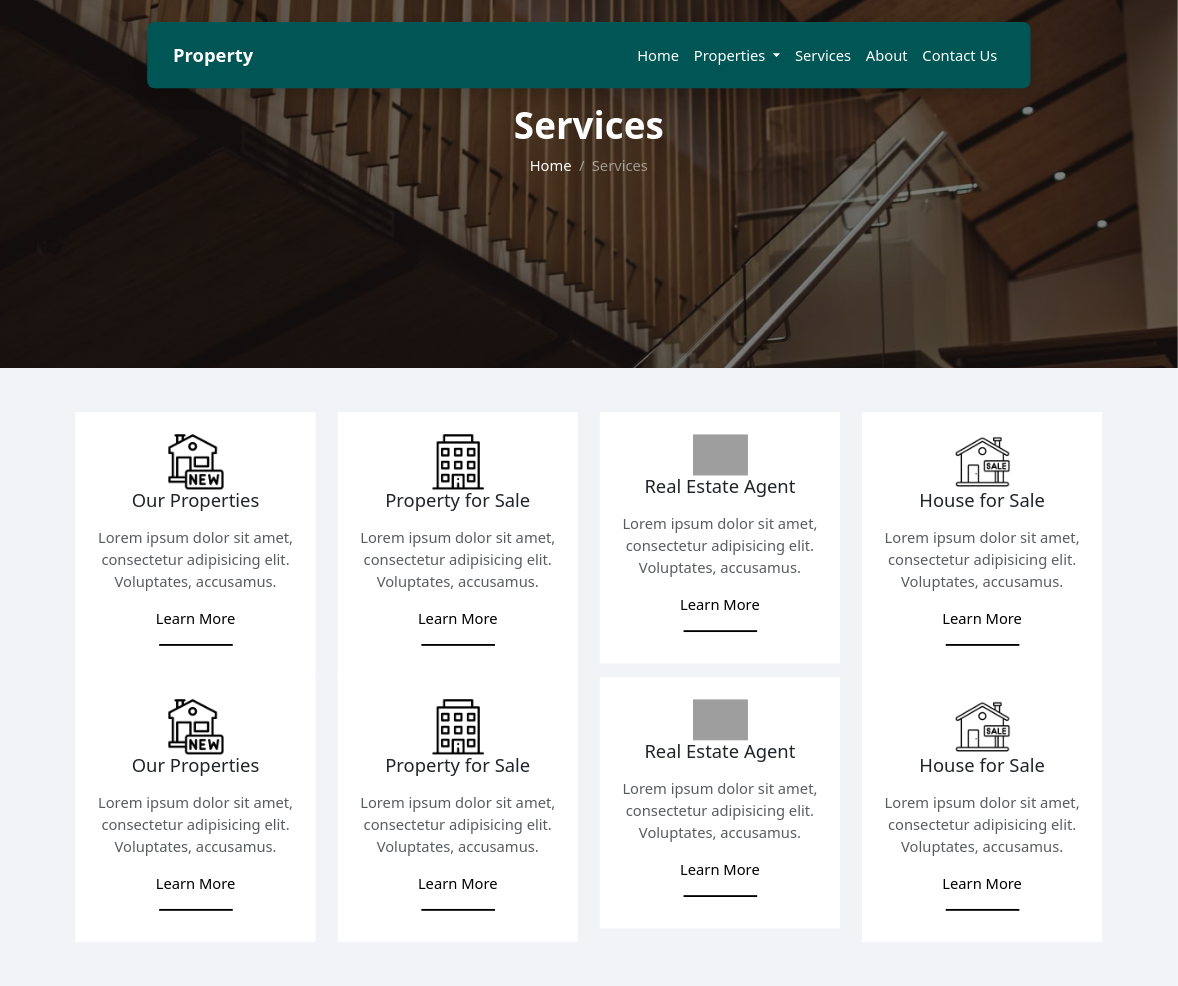
Repository: sameerrrrkhan911-git/Property
Page: service.html
The author's editor kept a copy of each file at every save. The page is drawn from the files as they stood at one save, then again after the next save.
The browser window is 1280 px wide. The pictures show the whole page, at 92% of full size.
Pictures or frames that could not be fetched are drawn as grey boxes. Some web libraries are served in a nearby version.

Above is the page before, as saved 2025-09-28 16:40:19.

### service.html
<!doctype html>
<html lang="en">

<head>
    <meta charset="utf-8">
    <meta name="viewport" content="width=device-width, initial-scale=1">
    <title>Property</title>

    <!--====== LINKS ========-->
    <link href="https://cdn.jsdelivr.net/npm/bootstrap@5.3.8/dist/css/bootstrap.min.css" rel="stylesheet">
    <link
        href="https://fonts.googleapis.com/css2?family=Montserrat:wght@400;600&family=Open+Sans:wght@400;600&display=swap"
        rel="stylesheet">
    <link href="https://unpkg.com/aos@2.3.1/dist/aos.css" rel="stylesheet">
    <link href="https://cdn.jsdelivr.net/npm/remixicon@4.5.0/fonts/remixicon.css" rel="stylesheet">
    <link href="https://cdnjs.cloudflare.com/ajax/libs/tiny-slider/2.9.4/tiny-slider.css" rel="stylesheet">
    <link rel="stylesheet" href="assets/css/style2.css">
    <link rel="stylesheet" href="assets/css/style.css">

</head>

<body>

    <!--=====HEADER=====-->
    <header>
        <section id="Right-Step">
            <div class="bg-holder overlay overlay-elixir">
            </div>

            <!-- Navbar -->
            <nav
                class="navbar navbar-expand-lg green-color p-3 mt-4 sticky-top position-absolute top-0 start-50 translate-middle-x w-75 rounded-3 shadow">
                <div class="container-fluid">
                    <!-- Brand -->
                    <a class="navbar-brand text-white fw-bold" href="#">Property</a>

                    <!-- Toggler for Mobile -->
                    <button class="navbar-toggler bg-light" type="button">
                        <span class="navbar-toggler-icon"></span>
                    </button>

                    <!-- Navbar Links -->
                    <div class="collapse navbar-collapse" id="navbarNavDropdown">
                        <ul class="navbar-nav ms-auto">
                            <li class="nav-item">
                                <a class="nav-link text-white active" aria-current="page" href="#">Home</a>
                            </li>
                            <li class="nav-item dropdown">
                                <a class="nav-link dropdown-toggle text-white" href="#" role="button"
                                    data-bs-toggle="dropdown" aria-expanded="false">
                                    Properties
                                </a>
                                <ul class="dropdown-menu">
                                    <li><a class="dropdown-item" href="#">Action</a></li>
                                    <li><a class="dropdown-item" href="#">Another action</a></li>
                                    <li><a class="dropdown-item" href="#">Something else here</a></li>
                                </ul>
                            </li>
                            <li class="nav-item"><a class="nav-link text-white" href="service.html">Services</a></li>
                            <li class="nav-item"><a class="nav-link text-white" href="about.html">About</a></li>
                            <li class="nav-item"><a class="nav-link text-white" href="contact.html">Contact Us</a></li>
                        </ul>
                    </div>
                </div>
            </nav>

            <!--/.bg-holder-->
            <div class="forbg py-5">
                <div class="container">

                    <div class="row justify-content-center align-items-center">
                        <div class="col-lg-9 text-center mt-5">
                            <h1 class="heading aos-init aos-animate white mt-3 fw-bold" data-aos="fade-up">Services</h1>

                            <nav aria-label="breadcrumb" data-aos="fade-up" data-aos-delay="200"
                                class="aos-init aos-animate">
                                <ol class="breadcrumb text-center justify-content-center">
                                    <li class="breadcrumb-item"><a href="index.html" style="color: white;">Home</a></li>
                                    <li class="ms-2 me-2 text-white-50" aria-current="page">
                                        /
                                    </li>
                                    <li class="breadcrumb-item active text-white-50" aria-current="page">
                                        Services
                                    </li>
                                </ol>
                            </nav>
                        </div>
                    </div>
                </div>
            </div><!-- end of .container-->
        </section>
    </header>

    <!--=====MAIN=====-->
    <main>

        <!-- Features -->

        <section class="py-5 features-1">

                <div class="container">
                    <div class="row g-4">

                        <div class="col-6 col-lg-3">
                            <div class="white-bg box-feature p-4 text-center">
                                <img src="./assets/images/new-house.png" alt="Bed" width="60">
                                <h3 class="mb-3 fs-5">Our Properties</h3>
                                <p class="text-muted">
                                    Lorem ipsum dolor sit amet, consectetur adipisicing elit.
                                    Voluptates, accusamus.
                                </p>
                                <p><a href="#" class="learn-more text-decoration-none black">Learn More</a></p>
                                <div class="black-line"></div>
                            </div>
                        </div>

                        <div class="col-6 col-lg-3">
                            <div class="white-bg box-feature p-4 text-center">
                                <img src="./assets/images/building (1).png" alt="Bed" width="60">
                                <h3 class="mb-3 fs-5">Property for Sale</h3>
                                <p class="text-muted">
                                    Lorem ipsum dolor sit amet, consectetur adipisicing elit.
                                    Voluptates, accusamus.
                                </p>
                                <p><a href="#" class="learn-more text-decoration-none black">Learn More</a></p>
                                <div class="black-line"></div>
                            </div>
                        </div>

                        <div class="col-6 col-lg-3">
                            <div class="white-bg box-feature p-4 text-center">
                                <img src="./assets/images/real-estate-agent.png" alt="Bed" width="60">
                                <h3 class="mb-3 fs-5">Real Estate Agent</h3>
                                <p class="text-muted">
                                    Lorem ipsum dolor sit amet, consectetur adipisicing elit.
                                    Voluptates, accusamus.
                                </p>
                                <p><a href="#" class="learn-more text-decoration-none black">Learn More</a></p>
                                <div class="black-line"></div>
                            </div>
                        </div>

                        <div class="col-6 col-lg-3">
                            <div class="white-bg box-feature p-4 text-center">
                                <img src="./assets/images/house-for-sale.png" alt="Bed" width="60">
                                <h3 class="mb-3 fs-5">House for Sale</h3>
                                <p class="text-muted">
                                    Lorem ipsum dolor sit amet, consectetur adipisicing elit.
                                    Voluptates, accusamus.
                                </p>
                                <p><a href="#" class="learn-more text-decoration-none black">Learn More</a></p>
                                <div class="black-line"></div>
                            </div>
                        </div>

                    </div>
                </div>

                <div class="container">
                    <div class="row g-4">

                        <div class="col-6 col-lg-3">
                            <div class="white-bg box-feature p-4 text-center">
                                <img src="./assets/images/new-house.png" alt="Bed" width="60">
                                <h3 class="mb-3 fs-5">Our Properties</h3>
                                <p class="text-muted">
                                    Lorem ipsum dolor sit amet, consectetur adipisicing elit.
                                    Voluptates, accusamus.
                                </p>
                                <p><a href="#" class="learn-more text-decoration-none black">Learn More</a></p>
                                <div class="black-line"></div>
                            </div>
                        </div>

                        <div class="col-6 col-lg-3">
                            <div class="white-bg box-feature p-4 text-center">
                                <img src="./assets/images/building (1).png" alt="Bed" width="60">
                                <h3 class="mb-3 fs-5">Property for Sale</h3>
                                <p class="text-muted">
                                    Lorem ipsum dolor sit amet, consectetur adipisicing elit.
                                    Voluptates, accusamus.
                                </p>
                                <p><a href="#" class="learn-more text-decoration-none black">Learn More</a></p>
                                <div class="black-line"></div>
                            </div>
                        </div>

                        <div class="col-6 col-lg-3">
                            <div class="white-bg box-feature p-4 text-center">
                                <img src="./assets/images/real-estate-agent.png" alt="Bed" width="60">
                                <h3 class="mb-3 fs-5">Real Estate Agent</h3>
                                <p class="text-muted">
                                    Lorem ipsum dolor sit amet, consectetur adipisicing elit.
                                    Voluptates, accusamus.
                                </p>
                                <p><a href="#" class="learn-more text-decoration-none black">Learn More</a></p>
                                <div class="black-line"></div>
                            </div>
                        </div>

                        <div class="col-6 col-lg-3">
                            <div class="white-bg box-feature p-4 text-center">
                                <img src="./assets/images/house-for-sale.png" alt="Bed" width="60">
                                <h3 class="mb-3 fs-5">House for Sale</h3>
                                <p class="text-muted">
                                    Lorem ipsum dolor sit amet, consectetur adipisicing elit.
                                    Voluptates, accusamus.
                                </p>
                                <p><a href="#" class="learn-more text-decoration-none black">Learn More</a></p>
                                <div class="black-line"></div>
                            </div>
                        </div>

                    </div>

                </div>

        </section>

    </main>

</body>

</html>

### assets/css/style.css
/* ==============================
   Root Variables
=================================*/
:root {
  --green-color: #005555;
   --heading-color: #2a3855;
}

.green-color {
  background-color: var(--green-color);
}

.green{
  color: var(--green-color);
}

.black{
  color: black;
}

.para{
  text-align: left;
}

.heading-color{
  color: var(--heading-color);
}

.z-9 {
  z-index: 9 !important;
}

.white {
  color: white;
}

.green-line{
   height: 2px;
  width: 120px;
 background-color: var(--green-color);
 margin-bottom: 10px;
}

.black-line{
   height: 2px;
  width: 80px;
 background-color: black;
 margin: 10px auto;
}

.white-bg{
  background-color: white;
}

.fs-6{
  font-size: 5px;
}

.marginn{
  margin-bottom: 30px;
}

.a{
  text-decoration: none;
}


.dark-grey{
  background-color: #cccccc;
}

.text-color{
  color: #909ba6;
}
/* ==============================
Header
=================================*/


/* Hero background */
.hero-header {
  background-image: url("../images/hero_bg_3.jpg") !important;
  background-repeat: no-repeat;
  background-position: center center;
  background-size: cover;
  min-height: 100vh;
  position: relative;
  display: flex;
  align-items: center;
}



/* Overlay */
.hero-header::before {
  content: "";
  position: absolute;
  top: 0;
  left: 0;
  width: 100%;
  height: 100%;
  background: rgba(0, 0, 0, 0.5);
  z-index: 0;
}

/* Keep hero text above overlay */
.hero {
  position: relative;
  z-index: 1;
}

/* White text */
.white {
  color: #fff !important;
}

/* Responsive adjustments */
@media (max-width: 768px) {
  nav.navbar {
    width: 90% !important;
    margin-top: 1rem !important;
    padding: 0.75rem 1rem !important;
  }

  .hero h1 {
    font-size: 1.75rem;
    line-height: 1.3;
  }

  .hero form {
    flex-direction: column !important;
    gap: 0.75rem;
  }

  .hero input {
    width: 100% !important;
  }

  .hero button {
    width: 100% !important;
  }
}

@media (max-width: 576px) {
  .hero h1 {
    font-size: 1.5rem;
  }
}

/* Popular properties */

.property-slider {
  overflow: hidden;
}

.property-item {
  background: #fff;
  border-radius: 8px;
  overflow: hidden;
}

.property-content {
  background: #fff;
  border-radius: 8px;
}

/* Features */

.features-1 {
    padding-top: 30px;
    position: relative;
    z-index: 8;
    text-align: center;
    background-color: rgba(0, 32, 74, 0.05);
}

/* ==========================
   Testimonials Section
========================== */

.sec-testimonials .heading {
  font-size: 2rem;
  font-weight: 700;
}

/* Prev/Next buttons */
#testimonial-nav {
  display: flex;
  gap: 10px;
}

#testimonial-nav span {
  cursor: pointer;
  font-size: 14px;
  color: #002855;
  background: #e9ecef;
  padding: 6px 14px;
  border-radius: 20px;
  transition: all 0.3s ease;
}

#testimonial-nav span:hover {
  background: #002855;
  color: #fff;
}

/* Testimonials layout */
.testimonial-slider {
  display: grid;
  grid-template-columns: repeat(auto-fit, minmax(300px, 1fr));
  gap: 40px;
  margin-top: 30px;
  text-align: center;
}

.testimonial {
  padding: 20px;
}

.testimonial img {
  width: 90px;
  height: 90px;
  object-fit: cover;
  margin-bottom: 15px;
  border: 3px solid #ddd;
}

.testimonial .rate {
  margin: 10px 0;
  font-size: 16px;
  color: #f1c40f;
}

.testimonial h3 {
  margin-bottom: 10px;
  font-size: 1.1rem;
  font-weight: 600;
}

.testimonial blockquote {
  font-style: italic;
  font-size: 0.95rem;
  color: #555;
  margin: 10px 0 15px;
}

.greyy{
  background-color: #efefef;
}

.testimonial p.text-muted {
  font-size: 0.85rem;
  color: #888;
}

.img-fluid {
   max-width: 100%;
    height: auto;
}

/* Call To Action */
.footer-cta {
  background: white ;
  padding: 50px;
}

.footer-cta .btn-primary {
  border-radius: 30px;
  font-size: 1.1rem;
  transition: all 0.3s ease;
}

.footer-cta .btn-primary:hover {
  background: #003f3f;
  transform: translateY(-3px);
  box-shadow: 0 6px 15px rgba(0,0,0,0.2);
}

/* Our Agents */
.section_1{
  background-color: #f8f9fa;
}

/* Agent Card */
.person {
  background: #fff;
  border-radius: 12px;
  padding: 60px 20px 30px;
  text-align: center;
  position: relative;
  box-shadow: 0 4px 20px rgba(0,0,0,0.05);
  transition: all 0.3s ease;
}

.person:hover {
  transform: translateY(-8px);
  box-shadow: 0 12px 30px rgba(0,0,0,0.1);
}

/* Profile Image */
.person img {
  width: 100px;
  height: 100px;
  object-fit: cover;
  border-radius: 50%;
  position: absolute;
  top: -50px;
  left: 50%;
  transform: translateX(-50%);
}

/* Text styling */
.person-contents h2 {
  margin-top: 60px;
  font-size: 1.2rem;
  font-weight: 600;
}

.person-contents .meta {
  font-size: 0.9rem;
  color: #6c757d;
  margin-bottom: 15px;
}

.person-contents p {
  font-size: 0.95rem;
  color: #555;
  margin-bottom: 20px;
}

/* Social icons */
.social a {
  display: inline-flex;
  justify-content: center;
  align-items: center;
  width: 40px;
  height: 40px;
  margin: 0 5px;
  border-radius: 50%;
  background: #002855;
  color: #fff;
  transition: all 0.3s ease;
  text-decoration: none;
}

.social a:hover {
  background: #005555;
}

h2 a {
  color: #000;
  text-decoration: none;
}

.roundd{

  border-radius: 50%;
  text-decoration: none;
  padding: 5px;
}

.font-color{
 color: #163060;
}

.forbg {
    height: 400px;
    background: linear-gradient(to bottom, rgba(0, 0, 0, 0.5), rgba(0, 0, 0, 0.5)), url(../images/hero_bg_1.jpg);
    background-size: cover;
    background-position: center;
}

a{
  text-decoration: none;
}

Loaded but not shown: assets/css/style2.css (library)

After the next save:
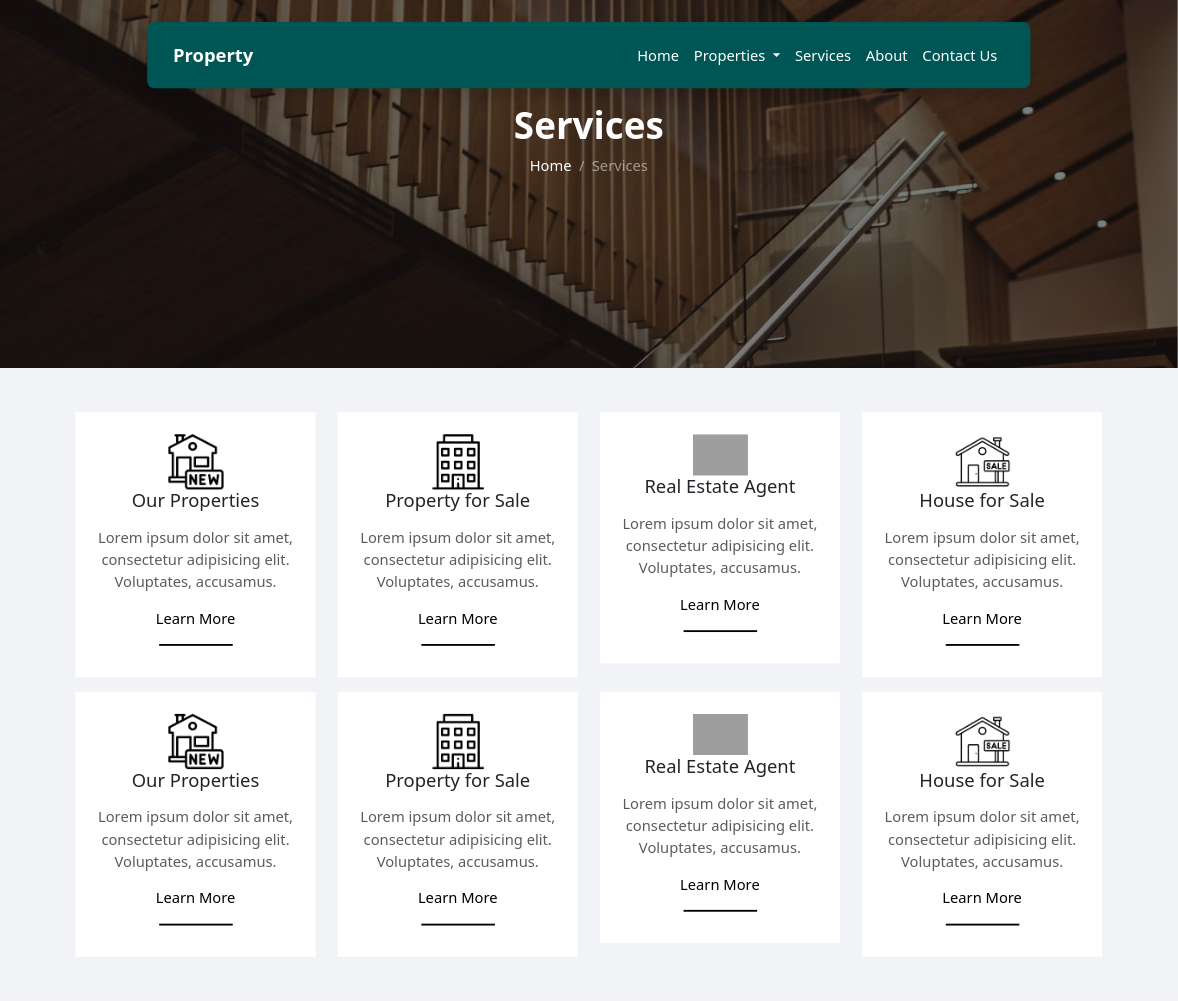
Saved 19 s later.
--- a/service.html
+++ b/service.html
@@ -99,7 +99,7 @@
         <section class="py-5 features-1">
 
                 <div class="container">
-                    <div class="row g-4">
+                    <div class="row g-4 mb-3">
 
                         <div class="col-6 col-lg-3">
                             <div class="white-bg box-feature p-4 text-center">
